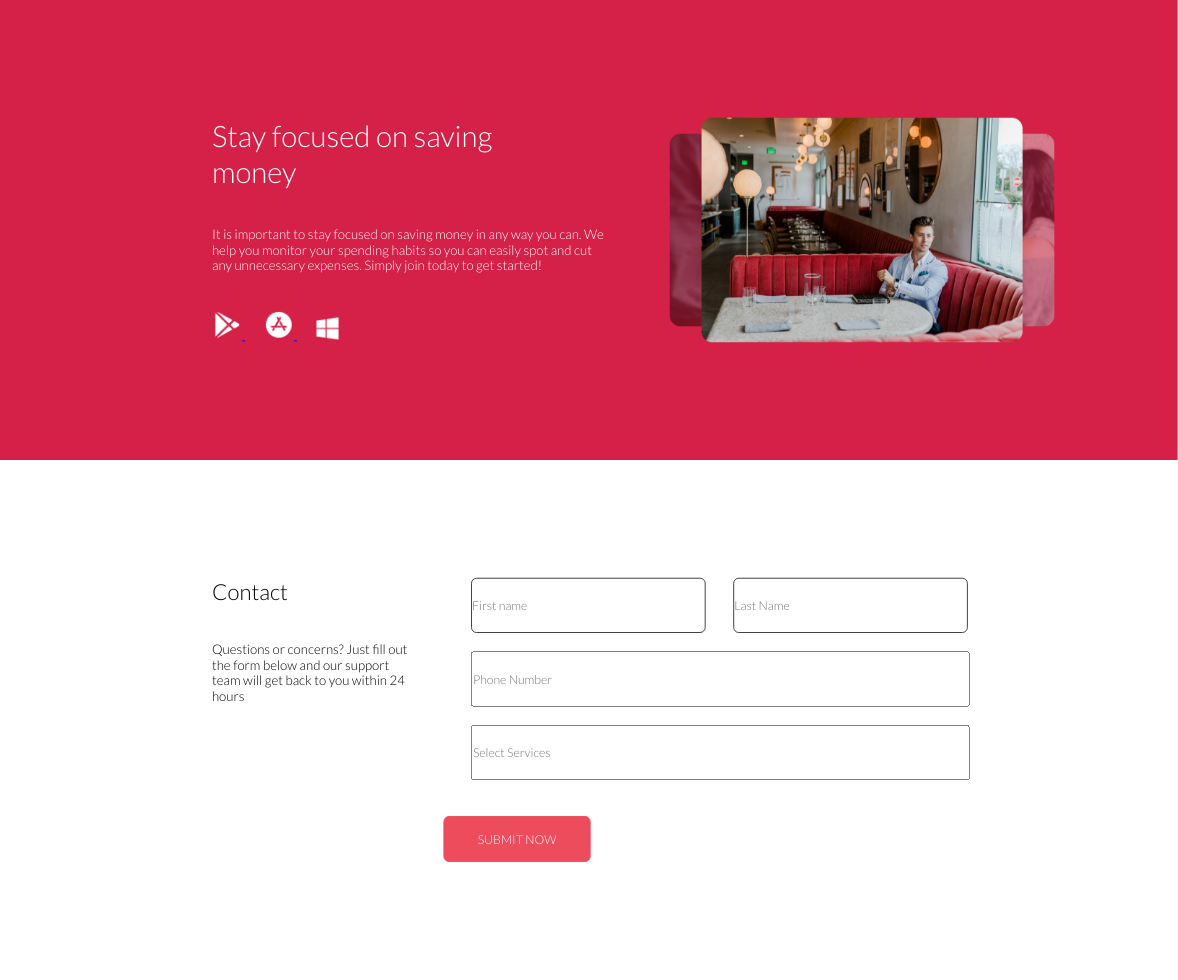
Repository: batonAnton/Cursor_lecture4
Page: index.html
The author's editor kept a copy of each file at every save. The page is drawn from the files as they stood at one save, then again after the next save.
The browser window is 1280 px wide. The pictures show the whole page, at 92% of full size.

Above is the page before, as saved 2022-06-09 14:30:29.

After the next save:
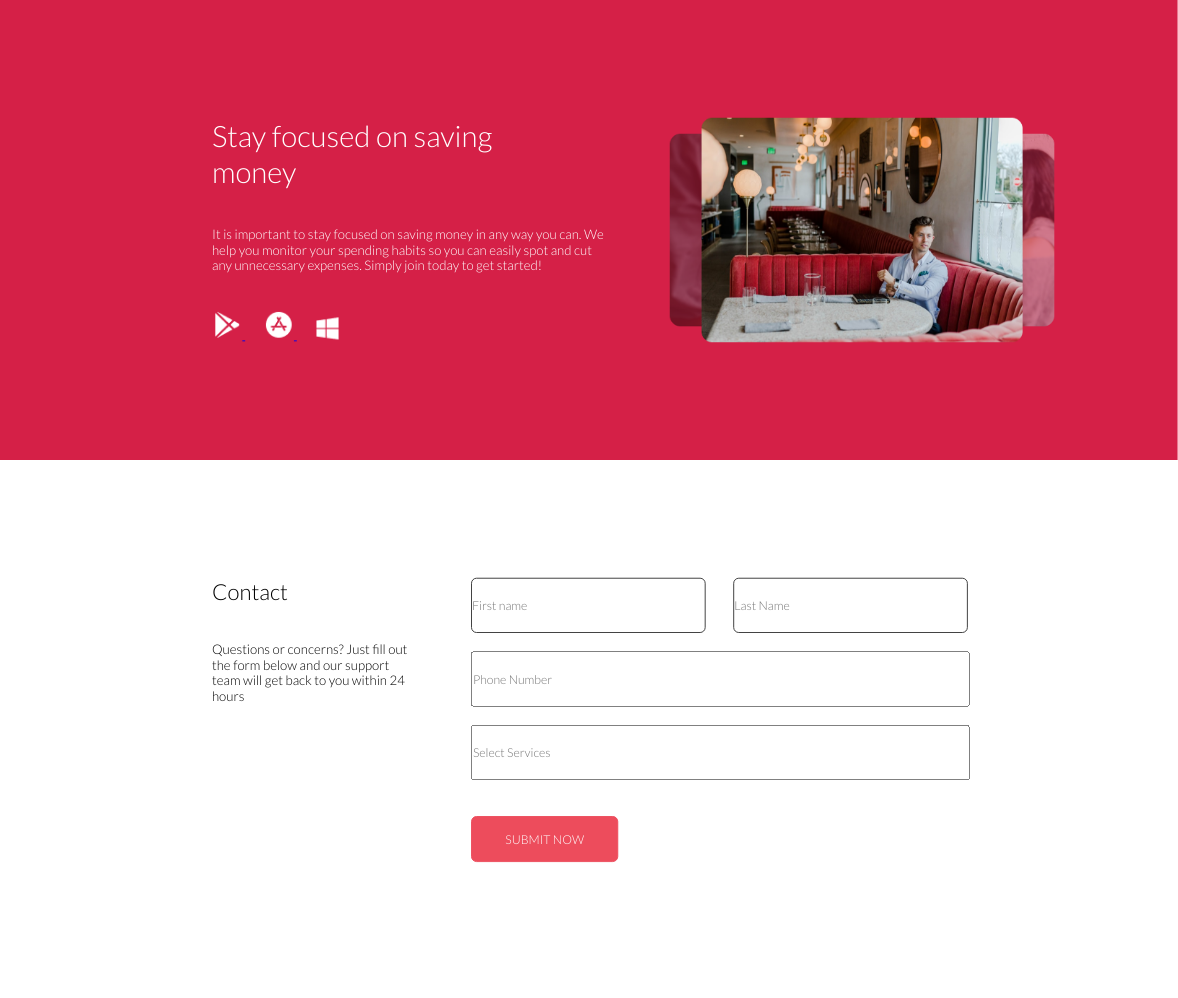
Saved 2 min 25 s later.
--- a/css/style.css
+++ b/css/style.css
@@ -72,13 +72,14 @@ section .info-box {
 form div {
   display: inline-flex;
 }
-form input {
+form input,
+button {
   margin-left: 30px;
   margin-bottom: 20px;
   /* margin: 0px 0px 30px 10px; */
 }
 
-input placeholder {
+:placeholder {
   margin-left: 31px;
 }
 
@@ -86,12 +87,12 @@ input placeholder {
   margin-right: 100px;
 }
 
-button{
-  background-color: #ED4C5C;
+button {
+  background-color: #ed4c5c;
   color: #ffffff;
   width: 160px;
   height: 50px;
-  border: 1.5px solid #ED4C5C;
+  border: 1.5px solid #ed4c5c;
   border-radius: 6px;
   text-transform: uppercase;
 }
